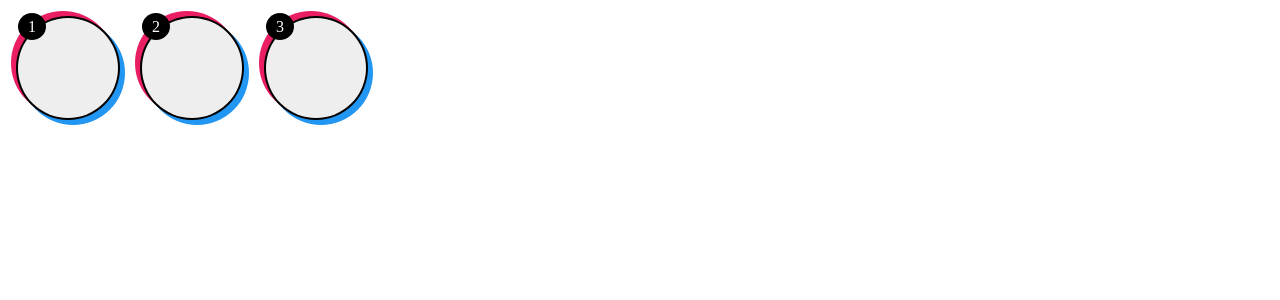
Repository: Body789/CSS_ELZERO
Page: Assignments/Assigmennt_10/Assignment_1/index.html
These files come from the project's save history. The page is drawn as it stood at one moment and after the next save; the edit follows.
The browser window is 1280 px wide. The pictures show the whole page.

Above is the page before, as saved 2022-09-18 12:17:26.

After the next save:
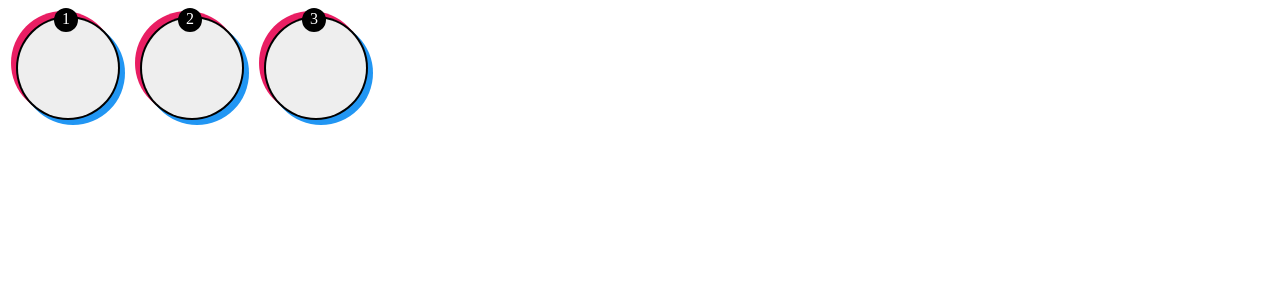
Saved 8 min 11 s later.
--- a/Assignments/Assigmennt_10/Assignment_1/Css/style.css
+++ b/Assignments/Assigmennt_10/Assignment_1/Css/style.css
@@ -23,7 +23,13 @@ div::after {
   color: white;
   background-color: black;
   width: 5px;
-  height: 5px;
-  padding: 5px 10px;
+  display: inline-block;
+  height: 20px;
+  width: 20px;
+  text-align: center;
+  left: 36%;
+  bottom: 10%;
+  position: relative;
+  padding: 2px 2px;
   border-radius: 50%;
 }
